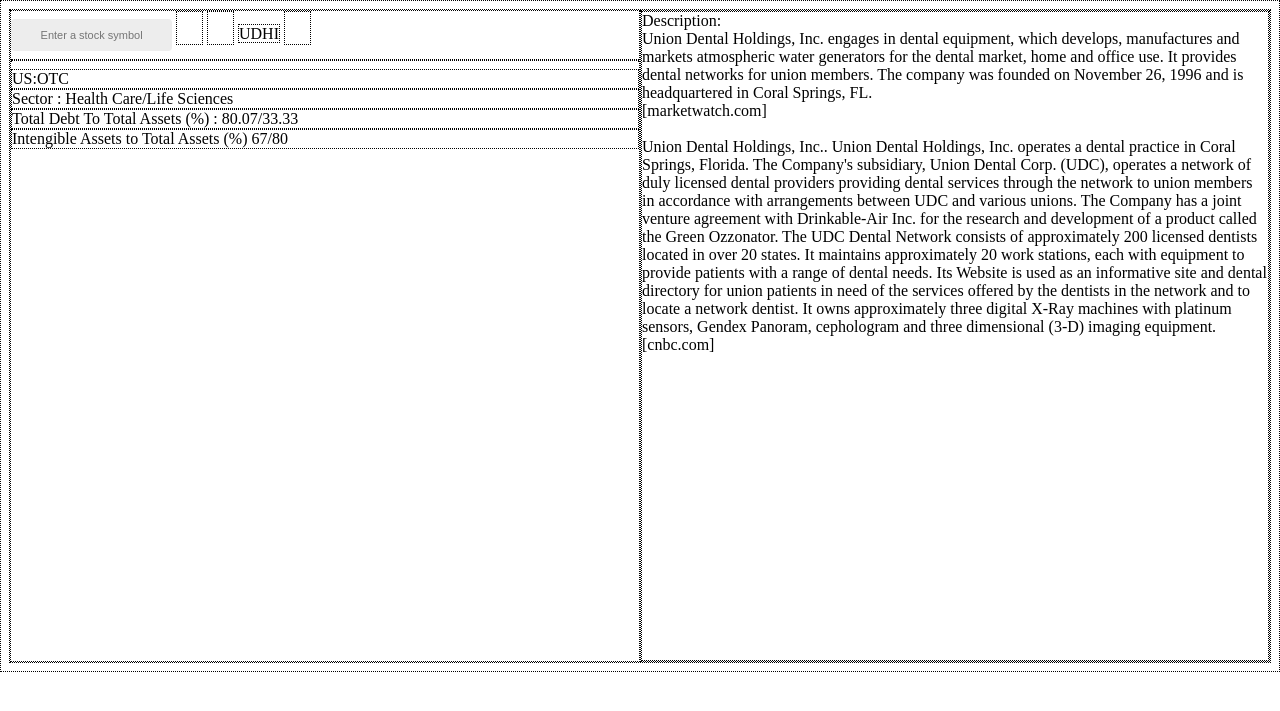
Repository: hadi4172/halal-stock-scanner
Page: popup.html
The author's editor kept a copy of each file at every save. The page is drawn from the files as they stood at one save, then again after the next save.
The browser window is 1280 px wide. The pictures show the whole page.

Above is the page before, as saved 2020-09-24 18:13:38.

After the next save:
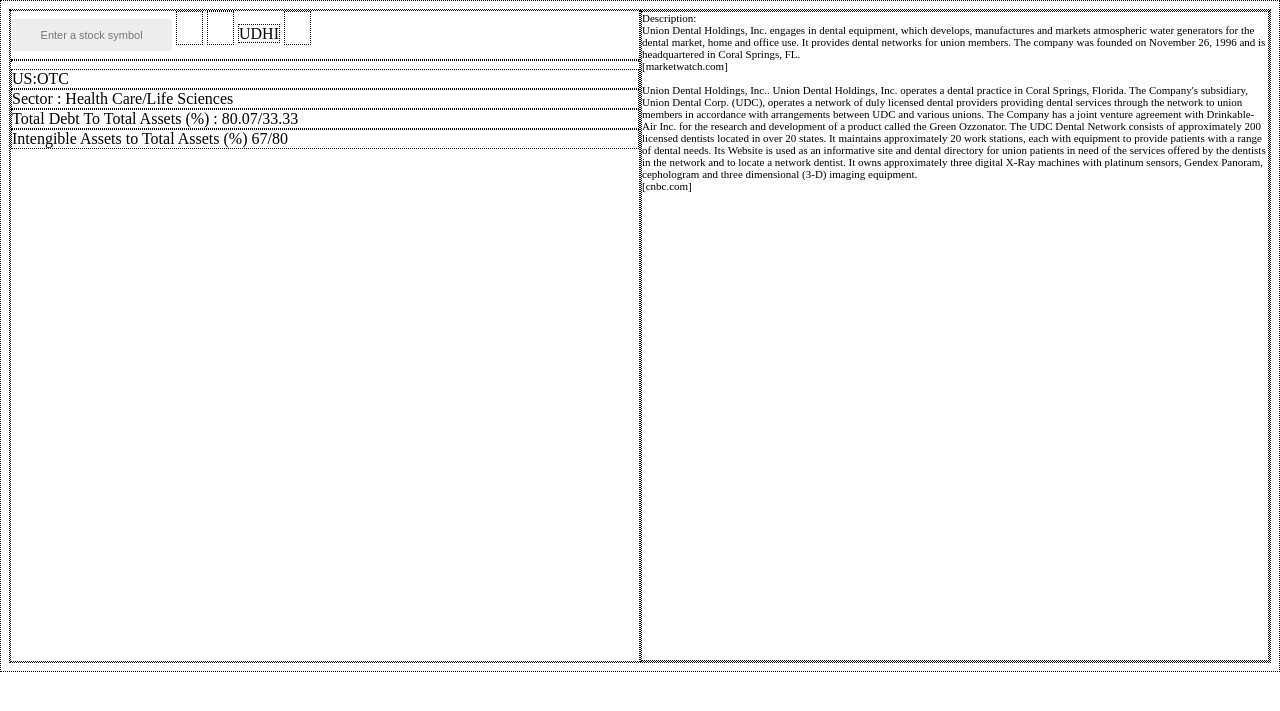
Saved 32 s later.
--- a/popup.css
+++ b/popup.css
@@ -30,4 +30,8 @@
 
 ::placeholder {
     text-align: center;
-  }
+}
+
+#description{
+    font-size: 11px;
+}
